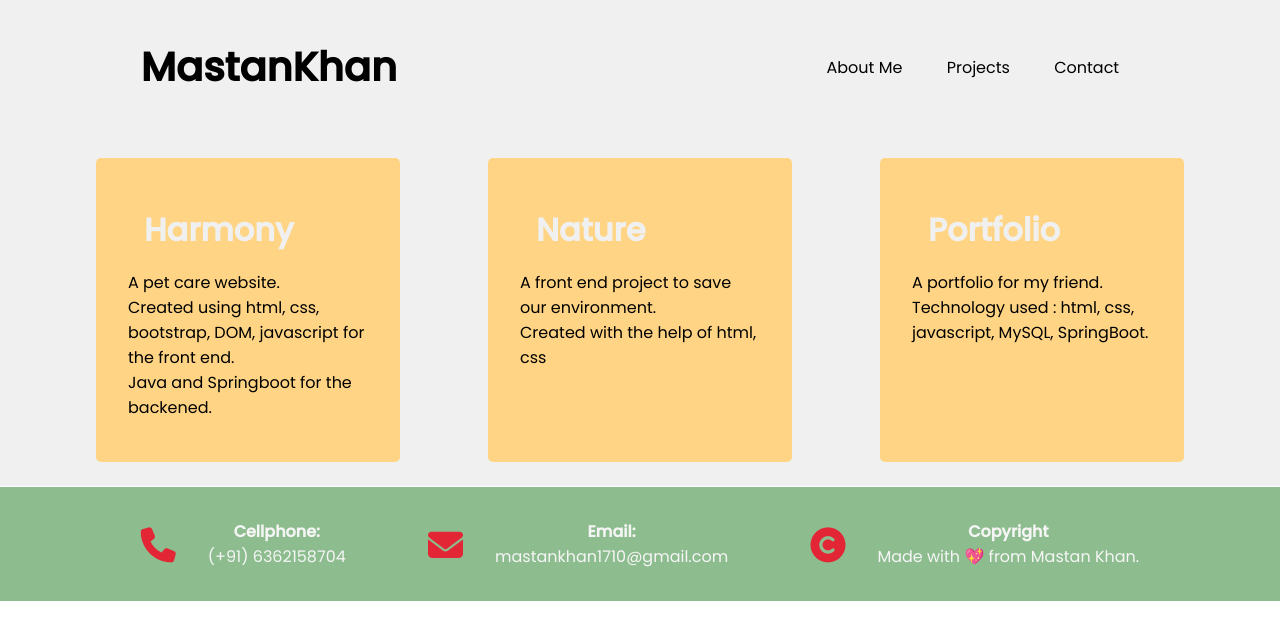
Repository: MastanKhan1/my_resume
Page: http://localhost/projects
The author's editor kept a copy of each file at every save. The page is drawn from the files as they stood at one save, then again after the next save.
The browser window is 1280 px wide. The pictures show the whole page.
Some web fonts or font styles are not loaded; a fallback is used. The page is this project's Thymeleaf template; nobody is signed in. The template is opened directly, without the code that normally fills it, so the values that code supplies are empty.

Above is the page before, as saved 2023-10-06 06:54:29.

### portfolio/src/main/resources/templates/projects.html
<!DOCTYPE html>
<html lang="en">
<head>
    <meta charset="UTF-8">
    <meta name="viewport" content="width=device-width, initial-scale=1.0">
    <title>Projects</title>

    <link rel="stylesheet" href="styles.css">
    <link rel="preconnect" href="https://fonts.googleapis.com">
<link rel="preconnect" href="https://fonts.gstatic.com" crossorigin>
<!-- <link href="https://cdn.jsdelivr.net/npm/bootstrap@5.3.2/dist/css/bootstrap.min.css" rel="stylesheet" integrity="sha384-T3c6CoIi6uLrA9TneNEoa7RxnatzjcDSCmG1MXxSR1GAsXEV/Dwwykc2MPK8M2HN" crossorigin="anonymous"> -->
<link href="https://fonts.googleapis.com/css2?family=Merriweather&family=Montserrat+Alternates:wght@500&family=Montserrat+Subrayada:wght@400;700&family=Montserrat:ital,wght@0,400;0,700;1,700&family=Niconne&family=PT+Mono&family=Poppins:wght@400;500&family=Roboto&family=Sacramento&family=Tinos&display=swap" rel="stylesheet">
<link rel="stylesheet" href="https://cdnjs.cloudflare.com/ajax/libs/font-awesome/6.4.2/css/all.min.css" integrity="sha512-z3gLpd7yknf1YoNbCzqRKc4qyor8gaKU1qmn+CShxbuBusANI9QpRohGBreCFkKxLhei6S9CQXFEbbKuqLg0DA==" crossorigin="anonymous" referrerpolicy="no-referrer" />

</head>
<body>

    <section id="section1">
        <div id="toggle">
            <!-- <nav> -->
                <div>
                    <h1>MastanKhan</h1>

                </div>
                <div>
                    <ul>
                        <li><a href="">About Me</a></li>
                        <li><a href="">Projects</a></li>
                        <li><a href="">Contact</a></li>
                    </ul>
                </div>
            <!-- </nav> -->
        </div>

        <div class="projects">
            <div class="project-items" id="harmony">
                <h2>Harmony</h2>
                <p>A pet care website.</p>
                <p>Created using html, css, bootstrap, DOM, javascript for the front end.</p>
                <p>Java and Springboot for the backened.</p>

            </div>
            <div class="project-items" id="any_time_food">
                <h2>Nature</h2>
                <p>A front end project to save our environment.</p>
                <p>Created with the help of html, css</p>

            </div>

            <div class="project-items" id="portfolio">
                <h2>Portfolio</h2>
                <p>A portfolio for my friend.</p>
                <p>Technology used : html, css, javascript, MySQL, SpringBoot.</p>
            </div>

        </div>


        <div id="footer">
            <div class="footer-items">
                <div class="footer-items">

                    <i class="fa-solid fa-phone"></i>

                </div>
                <div>
                    <h4>Cellphone:</h4>
                    <p>(+91) 6362158704</p>
                </div>
            </div>
            <div class="footer-items">
                <div >

                    <i class="fa-solid fa-envelope"></i>
                </div>
                <div>
                    <h4>Email:</h4>
                    <p>mastankhan1710@gmail.com</p>
                    <!-- <p>(+91) 9901531794</p> -->
                </div>
            </div>

            <div class="footer-items">
                <div>
                    <i class="fa-solid fa-copyright"></i>
                </div>
                <div>
                    <p>
                        <h4>Copyright</h4>
                        Made with 💖 from Mastan Khan.
                    </p>
                </div>
            </div>
        </div>
        </section>

</body>
</html>

### portfolio/src/main/resources/static/styles.css
@charset "UTF-8";

*{
    margin: 0;
    padding: 0;
    font-family: 'Poppins', sans-serif;
}


#section1{
    background-color: #f0f0f0;
    border-bottom: 3px solid white;
}

#toggle{
    padding: 2.9% 11%;
    display: flex;
    flex-wrap: wrap;
    justify-content: space-between;
    align-items: center;
}


div h1{
    font-size: 2.5rem;
}

#toggle div ul li{
    display: inline;
    margin: 10px 20px;
}

div ul li a{
    text-decoration: none;
    color: black;
}

div li a{
    text-decoration: none;
}

#intro{
    padding: 2% 7% 1% 7%;
    display: flex;
    flex-wrap: wrap;
    justify-content: space-around;

}

#intro div form{
    display: inline;
}

#image{
    width: 60%;
}



.auto-type{
    color: #E32636;
    font-weight: bold;
    font-size: 20px;
}

#intro div form input{
    height: 85px;
    width: 85px;
    border-radius: 100%;
    margin: 2% 2% 0 1%;
    font-size: 1rem;
    border: 1.25px solid black;
}

input:hover{
   opacity: 0.7;
   box-shadow: 3px 2px 2px black;
}

#red{
    background-color: #FFA500;
}

#blue{
    background-color: #8dbd8f;
}

#green{
    background-color: #E32636;
}

#footer{
    padding: 2.5% 11%;
    background-color: #8dbd8f;
    /* background-color: #f0f0f0; */
    display: flex;
    flex-wrap: wrap;
    justify-content: space-between;

}
/*
hr{
    border-bottom: 5px solid white;
    border-style: none none dotted none;
    border-width: 8px;
    width: 5%;
    margin-left: 40%;
} */

.footer-items{
    text-align: center;
    display: flex;
    flex-wrap: wrap;
    justify-content: space-between;
    color: whitesmoke;
}

i{
    font-size: 35px;
    color: #E32636;
    margin-right: 2rem;
    margin-top: 0.5rem;
}

/* .footer-items h4{
    display: inline;
} */


/* ------------------------------------------------------------------------------------------------------- */

.about_me_div{
    padding: 10px 4%;
    display: flex;
    flex-wrap: wrap;
    justify-content: space-evenly;
}

#education_table, #education_table tr,#education_table tr td,#education_table thead th{
    border: 2px solid black;
    border-collapse: collapse;
    text-align: center;
    padding: 2px;
}

#about_me_img{
    width: 48.5%;
    height: 45%;
    margin-left: 20%;
    border-radius: 100%;
    background-color: #E32636;
}

#skills_div{
    padding: 10px 4%;
    display: flex;
    flex-wrap: wrap;
    justify-content: space-around;
}

#skills_div div h2, .about_me_div div h2{
    color: #E32636;
}




/* --------------------------------------------------------------------------------------------------- */

#contact_div{
    display: flex;
    flex-wrap: wrap;
    justify-content: space-between;
    padding: 10px 5%;
}

#contact_div div img{
    /* background-color: #87CEEB;
    border-radius: 100%; */
    width: 87.8%;
}

#contact_div div h1{
    color: #8dbd8f;
    font-size: 3rem;
}

.contact{
    border-radius: 5px;
    height: 25px;
    width: 277px;
    text-align: center;
    margin: 3px;
}

#text_area{
    border-radius: 5px;
    border:2px solid black;
    margin: 3px;
}

#message{
    color: white;
    background-color: #8dbd8f;
    height: 45px;
    width: 150px;
    border-radius: 6px;
    margin-left: 3rem;
    font-size: larger;
    font-weight: bold;
}

#extra_info{
    margin-top: 5rem;
}

#extra_info h2{
    margin-top: 1rem;
    font-size: 2rem;
    font-weight: lighter;
}

#extra_info div{
    margin-top: 4rem;
}

#extra_info div i{
    color: #8dbd8f;
}


/* ------------------------------------------------------------------------------------------------------- */

.projects{
    display: flex;
    flex-wrap: wrap;
    justify-content: space-evenly;
    padding: 1rem;
    border-bottom: 1px solid white;
}

.project-items{
    width: 15rem;
    height: 15rem;
    margin: 0.5rem;
    padding: 2rem;
    border-radius: 5px;
    /* background-image: linear-gradient(to bottom, #FFA500, #ffca68); */
    background-color: #ffd484;
}

.project-items h2{
    font-size: 2rem;
   color: #f0f0f0;
   padding: 1rem;
}

After the next save:
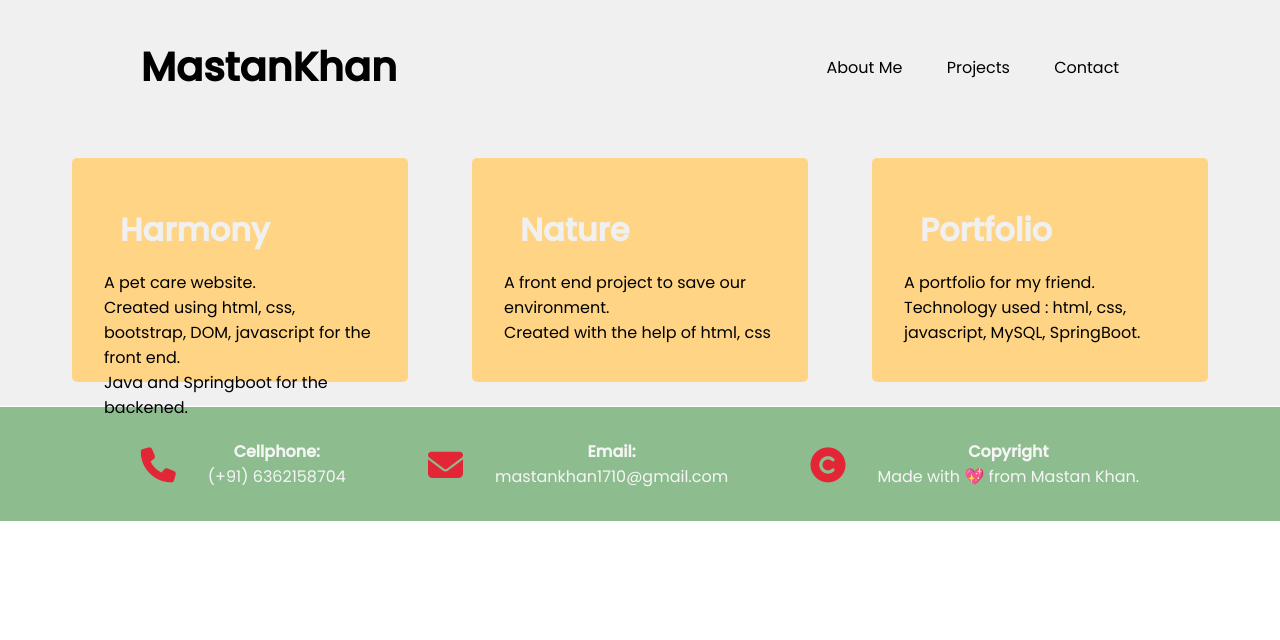
Saved 8 min 21 s later.
--- a/portfolio/src/main/resources/static/styles.css
+++ b/portfolio/src/main/resources/static/styles.css
@@ -240,8 +240,8 @@ i{
 }
 
 .project-items{
-    width: 15rem;
-    height: 15rem;
+    width: 17rem;
+    height: 10rem;
     margin: 0.5rem;
     padding: 2rem;
     border-radius: 5px;
